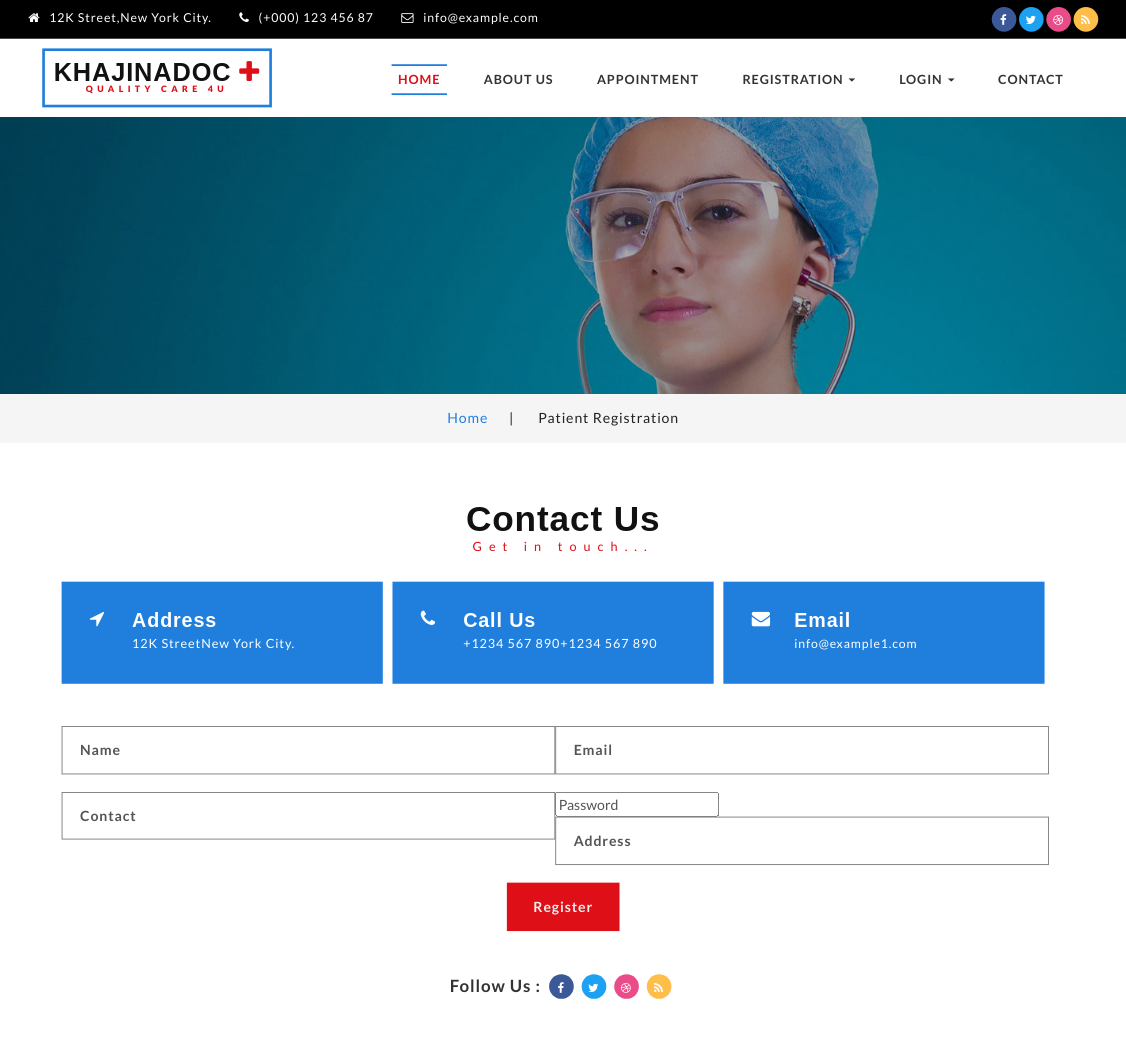
Repository: 72-faisal/work_to_do
Page: http://localhost/Khajina_Doctor/Patient_Registration.jsp
An editor plug-in stored every save of this project. The page is shown before and after the next save, followed by the edit.
The browser window is 1280 px wide. The pictures show the part of the page from y = 0 to 1198 px (the page is 2229 px tall before and 2228 px after), at 88% of full size.
Pictures or frames that could not be fetched are drawn as grey boxes. Some web fonts or font styles are not loaded; a fallback is used. The page is served by Tomcat 9. Other server files are loaded and not shown.

Above is the page before, as saved 2023-04-10 10:43:34.

### Khajina_Doctor/Khajina_Doctor/src/main/webapp/Patient_Registration.jsp
<%@ page language="java" contentType="text/html; charset=ISO-8859-1"
    pageEncoding="ISO-8859-1"%>

<!--
author: W3layouts
author URL: http://w3layouts.com
License: Creative Commons Attribution 3.0 Unported
License URL: http://creativecommons.org/licenses/by/3.0/
-->
<!DOCTYPE html>
<html lang="zxx">
<head>
<title>Health Plus a Medical Category Bootstrap Responsive Website Template | Contact :: w3layouts</title>
<!-- for-meta-tags-->
<meta name="viewport" content="width=device-width, initial-scale=1">
<meta http-equiv="Content-Type" content="text/html; charset=utf-8" />
<meta name="keywords" content="Health Plus Responsive web template, Bootstrap Web Templates, Flat Web Templates, Android Compatible web template,
Smartphone Compatible web template, free web designs for Nokia, Samsung, LG, SonyEricsson, Motorola web design" />
<script type="application/x-javascript"> addEventListener("load", function() { setTimeout(hideURLbar, 0); }, false);
		function hideURLbar(){ window.scrollTo(0,1); } </script>
<!-- //for-meta-tags-->
<link href="css/bootstrap.css" rel="stylesheet" type="text/css" media="all" />
<link href="css/style.css" rel="stylesheet" type="text/css" media="all" />
<!-- font-awesome icons -->
<link href="css/font-awesome.css" rel="stylesheet">
<!-- //font-awesome icons -->
<link href="//fonts.googleapis.com/css?family=Raleway:200,200i,300,300i,400,400i,500,500i,600,600i,700,700i,800" rel="stylesheet">
<link href="//fonts.googleapis.com/css?family=Lato:300,300i,400,400i,700,900" rel="stylesheet">
</head>

<body>
<div class="main" id="home">
<!-- banner -->
		<div class="header_agileinfo">
						<div class="w3_agileits_header_text">
							<ul class="top_agile_w3l_info_icons">
									<li><i class="fa fa-home" aria-hidden="true"></i>12K Street,New York City.</li>
									<li class="second"><i class="fa fa-phone" aria-hidden="true"></i>(+000) 123 456 87</li>

									<li><i class="fa fa-envelope-o" aria-hidden="true"></i><a href="mailto:maria@example.com">info@example.com</a></li>
								</ul>

						</div>
						<div class="agileinfo_social_icons">
							<ul class="agileits_social_list">
								<li><a href="#" class="w3_agile_facebook"><i class="fa fa-facebook" aria-hidden="true"></i></a></li>
								<li><a href="#" class="agile_twitter"><i class="fa fa-twitter" aria-hidden="true"></i></a></li>
								<li><a href="#" class="w3_agile_dribble"><i class="fa fa-dribbble" aria-hidden="true"></i></a></li>
								<li><a href="#" class="w3_agile_rss"><i class="fa fa-rss" aria-hidden="true"></i></a></li>
							</ul>
						</div>
						<div class="clearfix"> </div>
			</div>

		<div class="header-bottom">
				<nav class="navbar navbar-default">
				<!-- Brand and toggle get grouped for better mobile display -->
				<div class="navbar-header">
				  <button type="button" class="navbar-toggle collapsed" data-toggle="collapse" data-target="#bs-example-navbar-collapse-1">
					<span class="sr-only">Toggle navigation</span>
					<span class="icon-bar"></span>
					<span class="icon-bar"></span>
					<span class="icon-bar"></span>
				  </button>
					<div class="logo">
						<h1><a class="navbar-brand" href="index.jsp"><span>Khajina</span>Doc <i class="fa fa-plus" aria-hidden="true"></i> <p>Quality Care 4U</p></a></h1>
					</div>
				</div>

				<!-- Collect the nav links, forms, and other content for toggling -->
				<div class="collapse navbar-collapse nav-wil" id="bs-example-navbar-collapse-1">
					<nav class="menu menu--sebastian">
					<ul id="m_nav_list" class="m_nav menu__list">
						<li class="m_nav_item menu__item menu__item--current" id="m_nav_item_1"> <a href="index.jsp" class="menu__link"> Home </a></li>
						<li class="m_nav_item menu__item" id="moble_nav_item_2"> <a href="about.jsp" class="menu__link"> About Us </a> </li>
						<li class="m_nav_item menu__item" id="moble_nav_item_4"> <a href="appointment.jsp" class="menu__link">Appointment  </a> </li>
						<li class="m_nav_item menu__item" id="moble_nav_item_3 dropdown"> <a href="#" class="menu__link dropdown-toggle" data-toggle="dropdown">Registration  <b class="caret"></b></a>
						   <ul class="dropdown-menu agile_short_dropdown">
									<li><a href="Patient_Registration.jsp">As Patient</a></li>
									<li><a href="Doctor_Registration.jsp">As Doctor</a></li>
								</ul>
						</li>
						<li class="m_nav_item menu__item" id="moble_nav_item_3 dropdown"> <a href="#" class="menu__link dropdown-toggle" data-toggle="dropdown">Login  <b class="caret"></b></a>
						   <ul class="dropdown-menu agile_short_dropdown">
									<li><a href="Patient_Login.jsp">Patient Login</a></li>
									<li><a href="Doctor_Login.jsp">Doctor Login</a></li>
									<li><a href="Admin_Login.jsp">Admin Login</a></li>
						   </ul>
						</li>
						<li class="m_nav_item menu__item" id="moble_nav_item_6"> <a href="contact.jsp" class="menu__link"> Contact </a> </li>
					</ul>
				</nav>

				</div>
				<!-- /.navbar-collapse -->
			</nav>
	 </div>
</div>
<!-- banner -->
<!-- banner1 -->
	<div class="banner1 jarallax">
		<div class="container">
		</div>
	</div>

	<div class="services-breadcrumb">
		<div class="container">
			<ul>
				<li><a href="index.jsp">Home</a><i>|</i></li>
				<li>Patient Registration</li>
			</ul>
		</div>
	</div>
<!-- //banner1 -->
	<div class="banner-bottom" id="about">
		<div class="container">
			<h2 class="w3_heade_tittle_agile">Contact Us</h2>
		    <p class="sub_t_agileits">Get in touch...</p>

           <div class="contact-top-agileits">
               <div class="col-md-4 contact-grid ">
					<div class="contact-grid1 agileits-w3layouts">
						<i class="fa fa-location-arrow"></i>
						<div class="con-w3l-info">
						   <h4>Address </h4>
						  <p>12K Street<span>New York City.</span></p>
						</div>
						<div class="clearfix"></div>
					</div>
				</div>
				<div class="col-md-4 contact-grid">
					<div class="contact-grid2 w3">
						<i class="fa fa-phone" aria-hidden="true"></i>
						<div class="con-w3l-info">
						  <h4>Call Us</h4>
						   <p>+1234 567 890<span>+1234 567 890</span></p>
						</div>
						<div class="clearfix"></div>
					</div>
				</div>
				<div class="col-md-4 contact-grid">
					<div class="contact-grid3 w3l">
						<i class="fa fa-envelope"></i>
						<div class="con-w3l-info">
						  <h4>Email</h4>
						  <p><a href="mailto:info@example.com">info@example1.com</a>

						  </p></div>
						  <div class="clearfix"></div>
					</div>
				</div>
				<div class="clearfix"></div>

			</div>
			<div class="contact-form-aits">
				 <form action="#" method="post">
					<input type="text"  name="pname" placeholder="Name" required="">
					<input type="email" name="pemail" placeholder="Email" required="">
					<input type="text"  name="pcontact" placeholder="Contact" required="">
					<input type="password" name="ppassword" placeholder="Password" required="">
					<input type="text"  name="paddress" placeholder="Address" required="">


					<div class="send-button agileits w3layouts">
						<button class="btn btn-primary" name="action" value="register">Register </button>
					</div>
				  </form>
				  <ul class="agileits_social_list two">
				        <li class="fallow"> Follow Us :</li>
								<li><a href="#" class="w3_agile_facebook"><i class="fa fa-facebook" aria-hidden="true"></i></a></li>
								<li><a href="#" class="agile_twitter"><i class="fa fa-twitter" aria-hidden="true"></i></a></li>
								<li><a href="#" class="w3_agile_dribble"><i class="fa fa-dribbble" aria-hidden="true"></i></a></li>
								<li><a href="#" class="w3_agile_rss"><i class="fa fa-rss" aria-hidden="true"></i></a></li>
							</ul>

			   </div>
	    </div>
	</div>

<div class="map_agile">
<iframe src="https://www.google.com/maps/embed?pb=!1m18!1m12!1m3!1d387142.84010033106!2d-74.25819252532891!3d40.70583163828471!2m3!1f0!2f0!3f0!3m2!1i1024!2i768!4f13.1!3m3!1m2!1s0x89c24fa5d33f083b%3A0xc80b8f06e177fe62!2sNew+York%2C+NY%2C+USA!5e0!3m2!1sen!2sin!4v1475140387172" style="border:0"></iframe>


</div>
<!-- footer -->
	<div class="footer">
		<div class="container">
			<h4>Subscribe to <span>Newsletter</span></h4>
			<form action="#" method="post">
				<input type="email" name="Email" placeholder="Enter Your Email..." required="">
				<input type="submit" value="Send">
			</form>
			<div class="agile_footer_copy">
				<div class="w3agile_footer_grids">
					<div class="col-md-4 w3agile_footer_grid">
						<h3>About Us</h3>
						<p>Duis aute irure dolor in reprehenderit in voluptate velit esse.<span>Excepteur sint occaecat cupidatat
							non proident, sunt in culpa qui officia deserunt mollit.</span></p>
					</div>
					<div class="col-md-4 w3agile_footer_grid">
						<h3>Contact Info</h3>
						<ul>
							<li><i class="fa fa-map-marker" aria-hidden="true"></i>1234k Avenue, 4th block, <span>New York City.</span></li>
							<li><i class="fa fa-envelope-o" aria-hidden="true"></i><a href="mailto:info@example.com">info@example.com</a></li>
							<li><i class="fa fa-phone" aria-hidden="true"></i>+1234 567 567</li>
						</ul>
					</div>
					<div class="col-md-4 w3agile_footer_grid w3agile_footer_grid1">
						<h3>Navigation</h3>
						<ul>
							<li><span class="fa fa-long-arrow-right" aria-hidden="true"></span><a href="gallery.jsp">Department</a></li>
							<li><span class="fa fa-long-arrow-right" aria-hidden="true"></span><a href="appointment.jsp">Appointment</a></li>
							<li><span class="fa fa-long-arrow-right" aria-hidden="true"></span><a href="about.jsp">About</a></li>
							<li><span class="fa fa-long-arrow-right" aria-hidden="true"></span><a href="contact.jsp">Contact Us</a></li>
						</ul>
					</div>
					<div class="clearfix"> </div>
				</div>
			</div>
			<div class="w3_agileits_copy_right_social">
				<div class="col-md-6 agileits_w3layouts_copy_right">
					<p>&copy; 2017 Health Plus. All rights reserved | Design by <a href="http://w3layouts.com/">W3layouts</a></p>
				</div>
				<div class="col-md-6 w3_agile_copy_right">
					<ul class="agileits_social_list">
								<li><a href="#" class="w3_agile_facebook"><i class="fa fa-facebook" aria-hidden="true"></i></a></li>
								<li><a href="#" class="agile_twitter"><i class="fa fa-twitter" aria-hidden="true"></i></a></li>
								<li><a href="#" class="w3_agile_dribble"><i class="fa fa-dribbble" aria-hidden="true"></i></a></li>
								<li><a href="#" class="w3_agile_rss"><i class="fa fa-rss" aria-hidden="true"></i></a></li>
							</ul>
				</div>
				<div class="clearfix"> </div>
			</div>
		</div>
	</div>
<!-- //footer -->
<a href="#" id="toTop" style="display: block;"> <span id="toTopHover" style="opacity: 1;"> </span></a>
 <!-- js -->
<script src="js/jquery-2.2.3.min.js"></script>
<!-- bootstrap-pop-up -->
	<div class="modal video-modal fade" id="myModal" tabindex="-1" role="dialog" aria-labelledby="myModal">
		<div class="modal-dialog" role="document">
			<div class="modal-content">
				<div class="modal-header">
					Health Plus
					<button type="button" class="close" data-dismiss="modal" aria-label="Close"><span aria-hidden="true">&times;</span></button>
				</div>
				<section>
					<div class="modal-body">
						<img src="images/g9.jpg" alt=" " class="img-responsive" />
						<p>Ut enim ad minima veniam, quis nostrum
							exercitationem ullam corporis suscipit laboriosam,
							nisi ut aliquid ex ea commodi consequatur? Quis autem
							vel eum iure reprehenderit qui in ea voluptate velit
							esse quam nihil molestiae consequatur, vel illum qui
							dolorem eum fugiat quo voluptas nulla pariatur.
							<i>" Quis autem vel eum iure reprehenderit qui in ea voluptate velit
								esse quam nihil molestiae consequatur.</i></p>
					</div>
				</section>
			</div>
		</div>
	</div>
<!-- //bootstrap-pop-up -->
<!-- start-smoth-scrolling -->
<script type="text/javascript" src="js/move-top.js"></script>
<script type="text/javascript" src="js/easing.js"></script>
<script type="text/javascript">
	jQuery(document).ready(function($) {
		$(".scroll").click(function(event){
			event.preventDefault();
			$('html,body').animate({scrollTop:$(this.hash).offset().top},1000);
		});
	});
</script>
<!-- start-smoth-scrolling -->
			<script src="js/jarallax.js"></script>
	<script src="js/SmoothScroll.min.js"></script>
	<script type="text/javascript">
		/* init Jarallax */
		$('.jarallax').jarallax({
			speed: 0.5,
			imgWidth: 1366,
			imgHeight: 768
		})
	</script>

	<script src="js/bootstrap.js"></script>
<!-- //for bootstrap working -->
<!-- here stars scrolling icon -->
	<script type="text/javascript">
		$(document).ready(function() {
			/*
				var defaults = {
				containerID: 'toTop', // fading element id
				containerHoverID: 'toTopHover', // fading element hover id
				scrollSpeed: 1200,
				easingType: 'linear'
				};
			*/

			$().UItoTop({ easingType: 'easeOutQuart' });

			});
	</script>
<!-- //here ends scrolling icon -->
</body>
</html>

Loaded but not shown: Khajina_Doctor/Khajina_Doctor/src/main/webapp/css/bootstrap.css (library); Khajina_Doctor/Khajina_Doctor/src/main/webapp/css/font-awesome.css (library); Khajina_Doctor/Khajina_Doctor/src/main/webapp/js/jquery-2.2.3.min.js (library); Khajina_Doctor/Khajina_Doctor/src/main/webapp/js/SmoothScroll.min.js (library); Khajina_Doctor/Khajina_Doctor/src/main/webapp/js/bootstrap.js (library); Khajina_Doctor/Khajina_Doctor/src/main/webapp/js/jarallax.js (433 lines, source omitted); Khajina_Doctor/Khajina_Doctor/src/main/webapp/js/easing.js (140 lines, source omitted); Khajina_Doctor/Khajina_Doctor/src/main/webapp/js/move-top.js (5 lines, source omitted); Khajina_Doctor/Khajina_Doctor/src/main/webapp/css/style.css (4107 lines, source omitted)

After the next save:
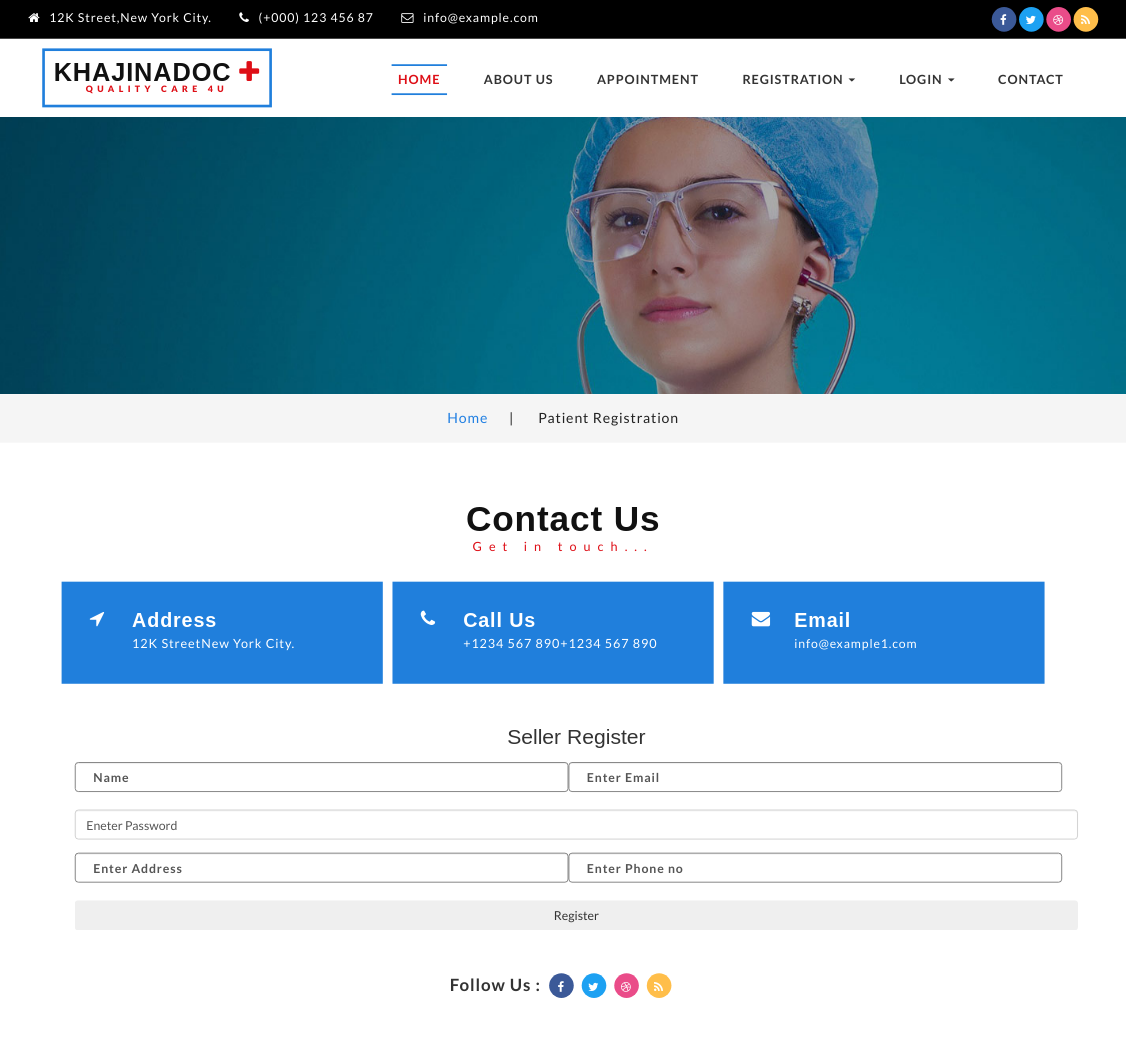
Saved 2 min 48 s later.
--- a/Khajina_Doctor/Khajina_Doctor/src/main/webapp/Patient_Registration.jsp
+++ b/Khajina_Doctor/Khajina_Doctor/src/main/webapp/Patient_Registration.jsp
@@ -153,18 +153,34 @@ Smartphone Compatible web template, free web designs for Nokia, Samsung, LG, Son
 
 			</div>
 			<div class="contact-form-aits">
-				 <form action="#" method="post">
-					<input type="text"  name="pname" placeholder="Name" required="">
-					<input type="email" name="pemail" placeholder="Email" required="">
-					<input type="text"  name="pcontact" placeholder="Contact" required="">
-					<input type="password" name="ppassword" placeholder="Password" required="">
-					<input type="text"  name="paddress" placeholder="Address" required="">
-
-
-					<div class="send-button agileits w3layouts">
-						<button class="btn btn-primary" name="action" value="register">Register </button>
-					</div>
-				  </form>
+				      <section class="contact py-lg-4 py-md-3 py-sm-3 py-3">
+         <div class="container py-lg-5 py-md-4 py-sm-4 py-3">
+            <h3 class="title text-center mb-lg-5 mb-md-4 mb-sm-4 mb-3">Seller Register</h3>
+            <div class="contact-list-grid">
+               <form action="SellerController" method="post">
+                  <div class=" agile-wls-contact-mid">
+                     <div class="form-group contact-forms">
+                        <input type="text" class="form-control" placeholder="Name" name="name">
+                     </div>
+                     <div class="form-group contact-forms">
+                        <input type="email" class="form-control" placeholder="Enter Email" name="email">
+                     </div>
+                      <div class="form-group contact-forms">
+                        <input type="password" class="form-control" placeholder="Eneter Password" name="password">
+                     </div>
+                      <div class="form-group contact-forms">
+                        <input type="text" class="form-control" placeholder="Enter Address" name="address">
+                     </div>
+                     <div class="form-group contact-forms">
+                        <input type="text" class="form-control" placeholder="Enter Phone no" name="contact">
+                     </div>
+                    <button type="submit" name="action" value="register"  class="btn btn-block sent-butnn">Register</button>
+                  </div>
+               </form>
+            </div>
+         </div>
+         <!--//contact-map -->
+      </section>
 				  <ul class="agileits_social_list two">
 				        <li class="fallow"> Follow Us :</li>
 								<li><a href="#" class="w3_agile_facebook"><i class="fa fa-facebook" aria-hidden="true"></i></a></li>
